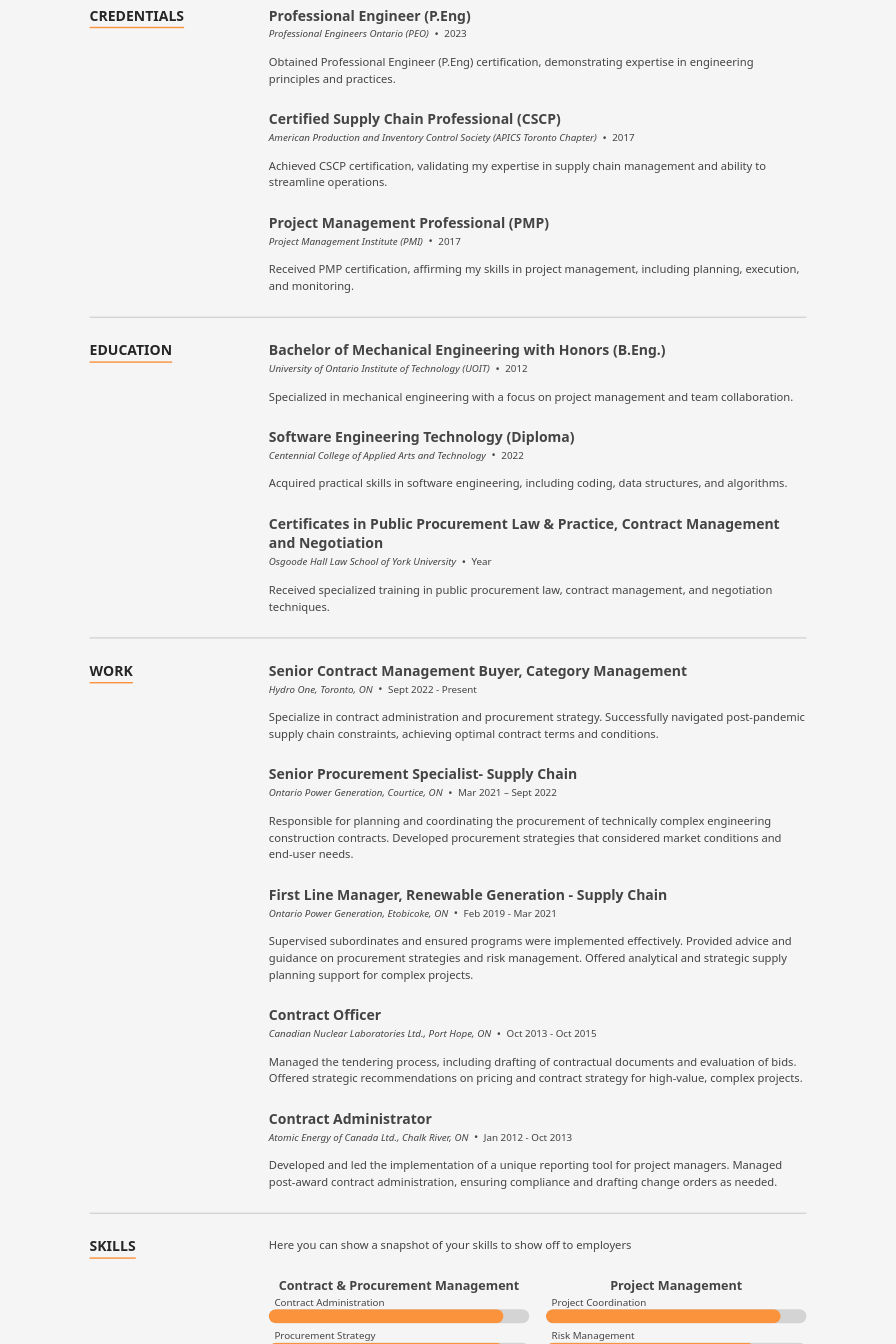
Repository: ananthantharma/portfolio
Page: /
These files come from the project's save history. The page is drawn as it stood at one moment and after the next save; the edit follows.
The browser window is 1280 px wide. The pictures show the part of the page from y = 1315 to 3235 px (the page is 5830 px tall), at 70% of full size.
Backgrounds fixed to the window are drawn as part of the page. The project was rebuilt for these pictures with package versions that can differ from the ones it lists, and the page was loaded fresh each time. The framework's server and built-in components were replaced by stand-ins that run in the browser. Also part of the build but not shown: next.config.js, src/components/Icon/FacebookIcon.tsx.

Above is the page before, as saved 2023-08-30 01:20:06.

After the next save:
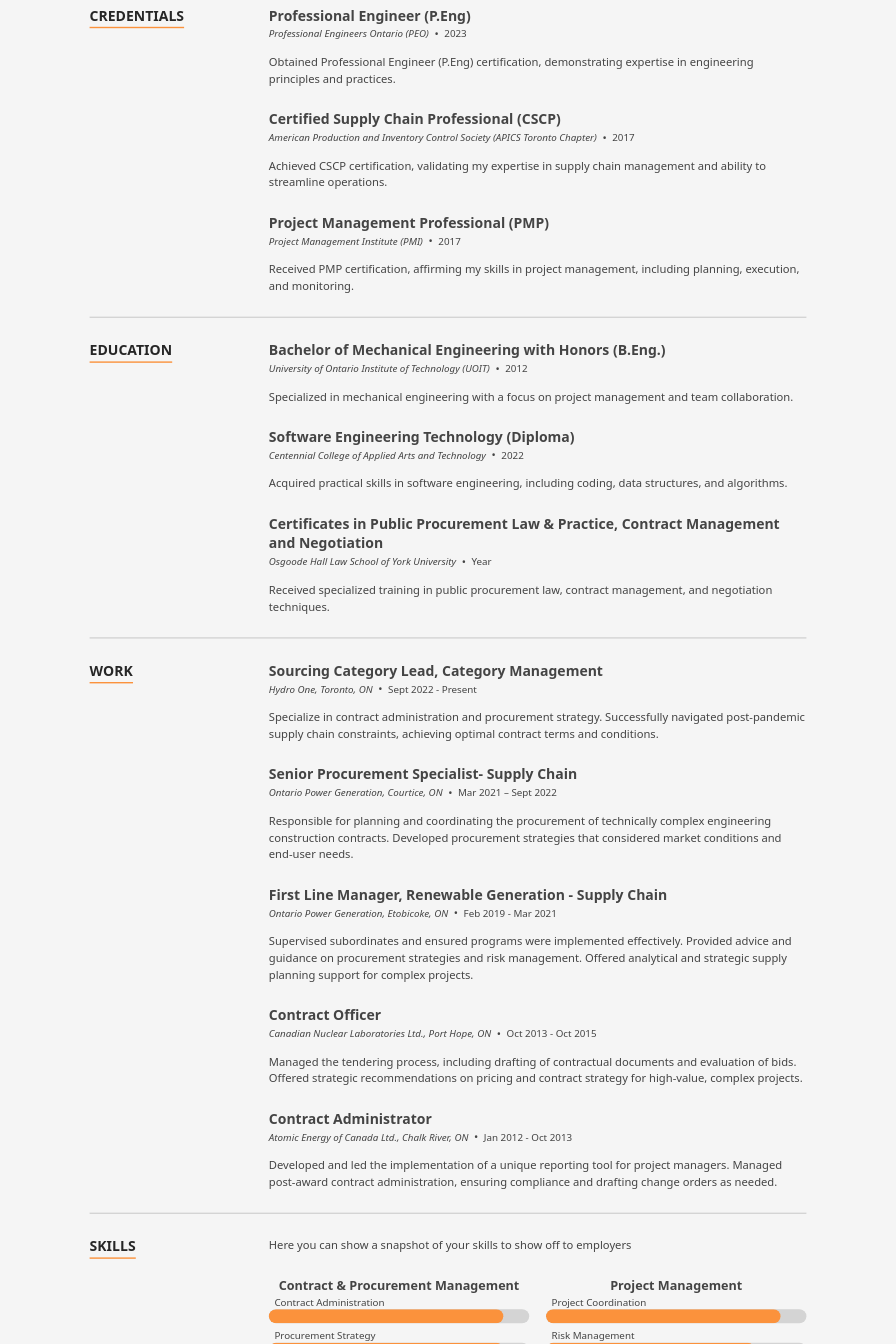
Saved 28 s later.
--- a/src/data/data.tsx
+++ b/src/data/data.tsx
@@ -306,7 +306,7 @@ export const experience: TimelineItem[] = [
   {
     date: 'Sept 2022 - Present',
     location: 'Hydro One, Toronto, ON',
-    title: 'Senior Contract Management Buyer, Category Management',
+    title: 'Sourcing Category Lead, Category Management',
     content: (
       <p>
         Specialize in contract administration and procurement strategy. Successfully navigated post-pandemic supply chain constraints, achieving optimal contract terms and conditions.
